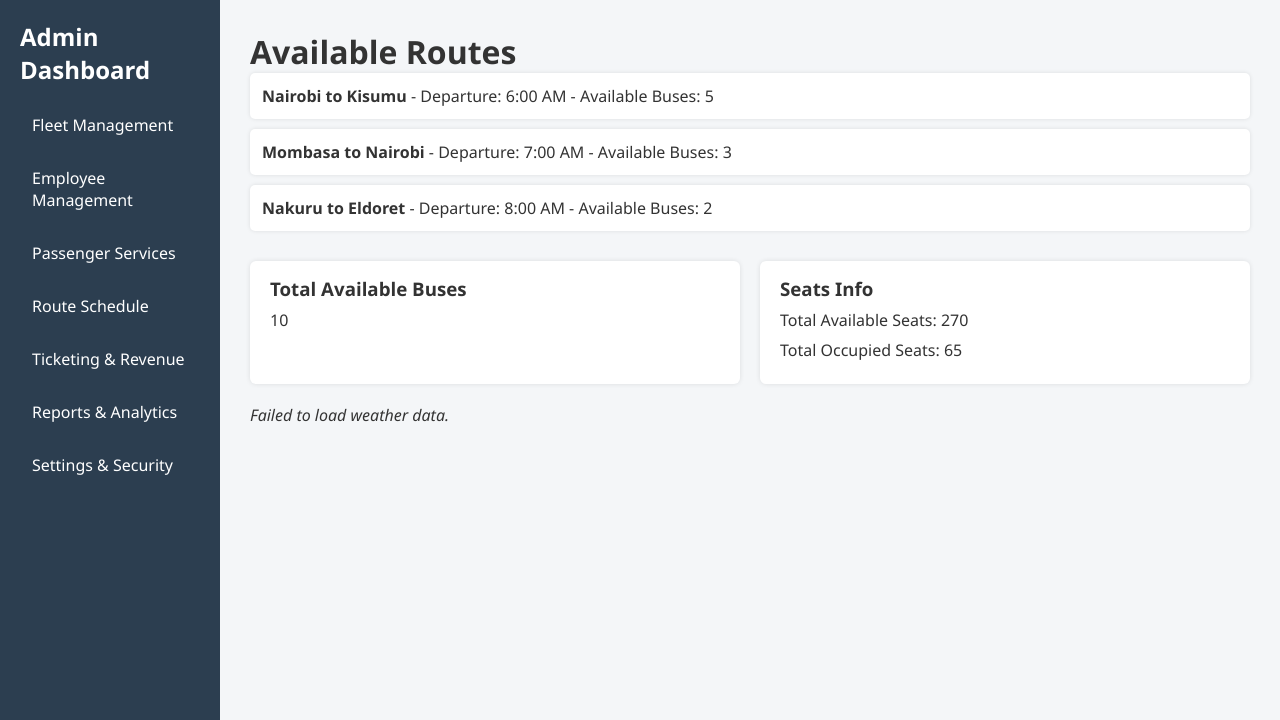
Repository: Ndegwa2/Smart-Transport-System
Page: client/admin.html
An editor plug-in stored every save of this project. The page is shown before and after the next save, followed by the edit.
The browser window is 1280 px wide. The pictures show the whole page.
The page's requests for data from a server got no answer.

Above is the page before, as saved 2025-05-27 16:32:02.

After the next save:
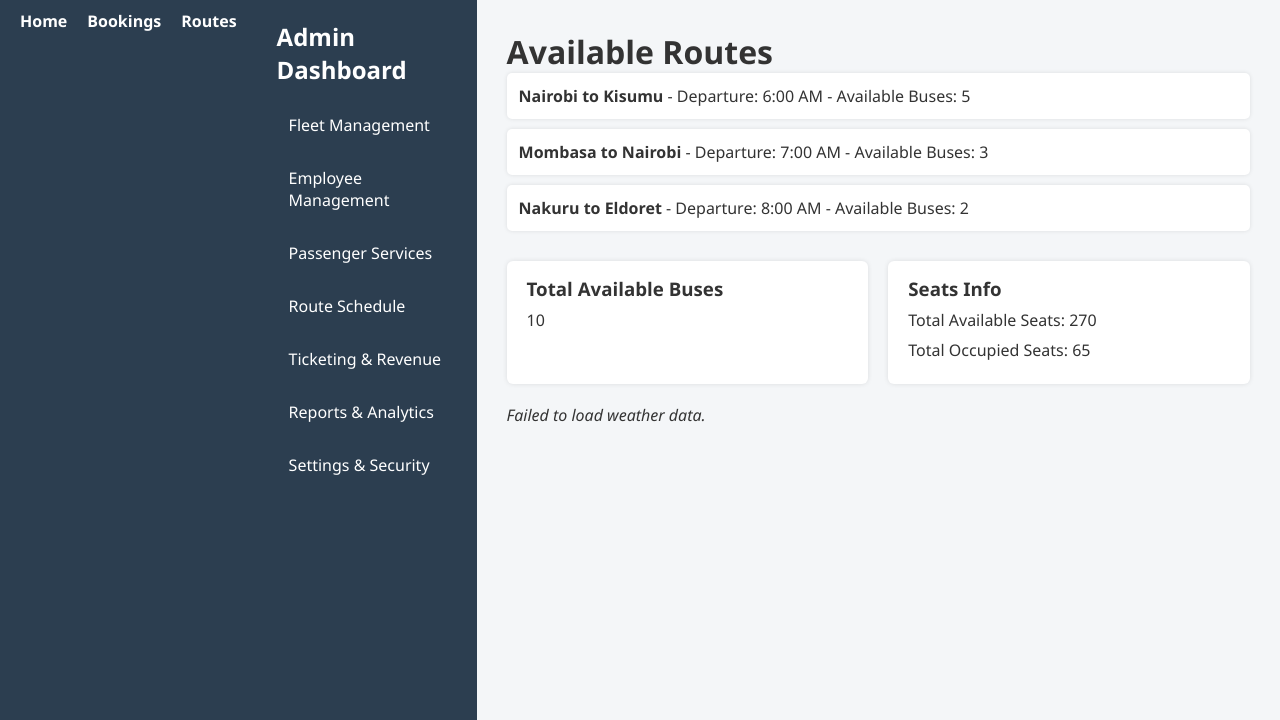
Saved 25 s later.
--- a/client/admin.html
+++ b/client/admin.html
@@ -38,21 +38,11 @@ header nav ul {
   padding: 0;
   margin: 0;
 }
-<li><a href="landing page.html">Home</a></li>
-
-header nav ul li:first-child {
+
+header nav ul li {
     margin-right: auto;
 }
-header nav ul li:first-child a {
-    margin-right: auto;
-}
-<li><a href="landing page.html">Home</a></li>
-<li><a href="landing page.html">Home</a></li>
-
-header nav ul li:first-child {
-  margin-right: auto; /* Push other links to the right */
-}
-header nav ul li:first-child a {
+header nav ul li a {
     margin-right: auto;
 }
 
@@ -61,10 +51,6 @@ header nav ul li a {
   text-decoration: none;
   font-weight: 600;
   transition: color 0.3s;
-}
-
-header nav ul li:first-child a {
-    margin-right: auto; /* Push other links to the right */
 }
 
 header nav ul li a:hover {
@@ -249,6 +235,16 @@ header nav ul li a:hover {
 </style>
 </head>
 <body>
+
+  <header>
+    <nav>
+      <ul>
+        <li><a href="landing page.html">Home</a></li>
+        <li><a href="booking.html">Bookings</a></li>
+        <li><a href="routes.html">Routes</a></li>
+      </ul>
+    </nav>
+  </header>
 
   <nav id="sidebar">
     <h2>Admin Dashboard</h2>
